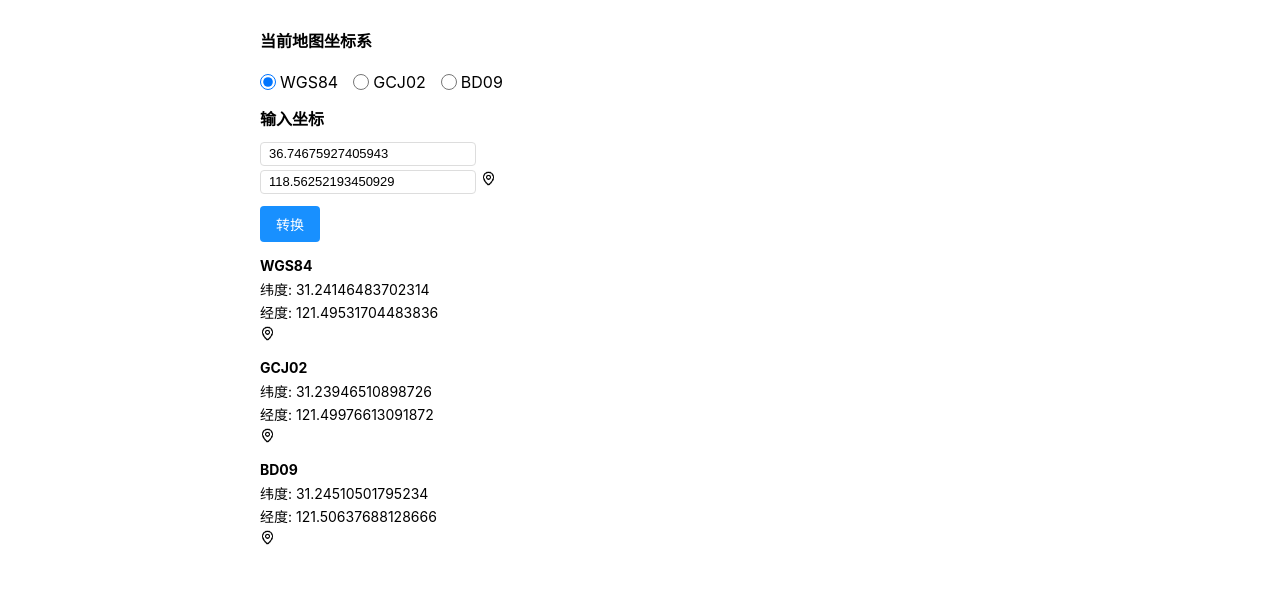
Repository: 1242128273wangpeng/MapTransformTools
Page: popup.html
The author's editor kept a copy of each file at every save. The page is drawn from the files as they stood at one save, then again after the next save.
The browser window is 1280 px wide. The pictures show the whole page.

Above is the page before, as saved 2025-01-23 22:51:10.

After the next save:
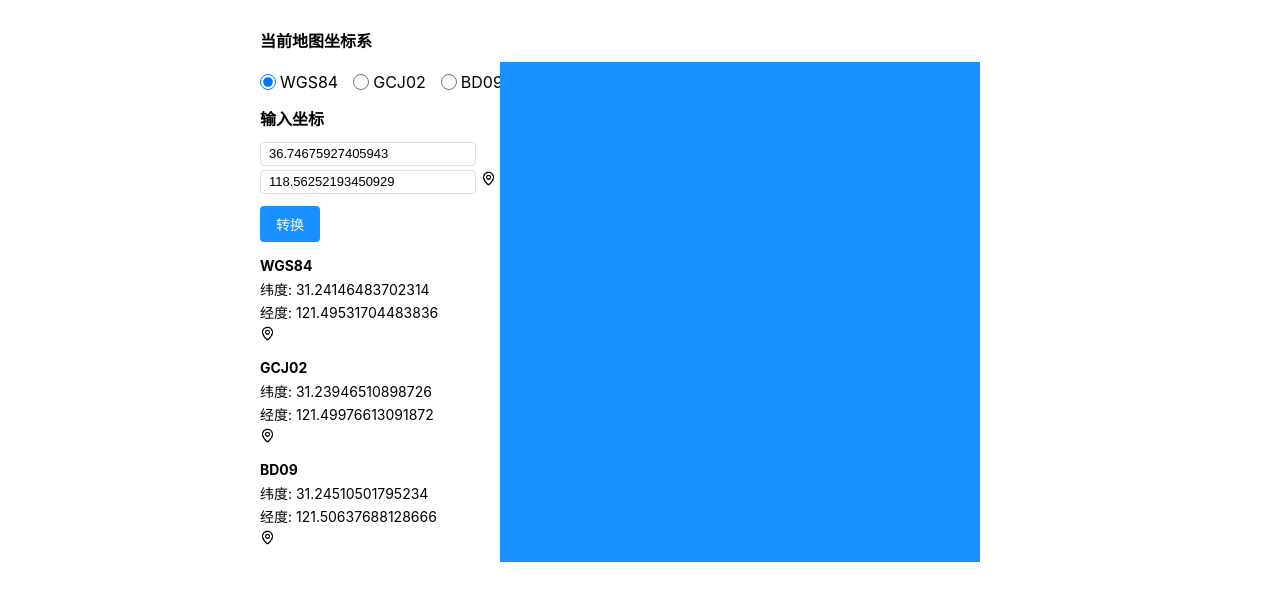
Saved 22 s later.
--- a/popup.html
+++ b/popup.html
@@ -198,7 +198,7 @@
 					</div>
 				</div>
 			</div>
-			<div id="map" style="width: 480px; height: 500px;"></div>
+			<div id="map" style="width: 480px; height: 500px;background-color: #1890ff;"></div>
 		</div>
 	</body>
 
